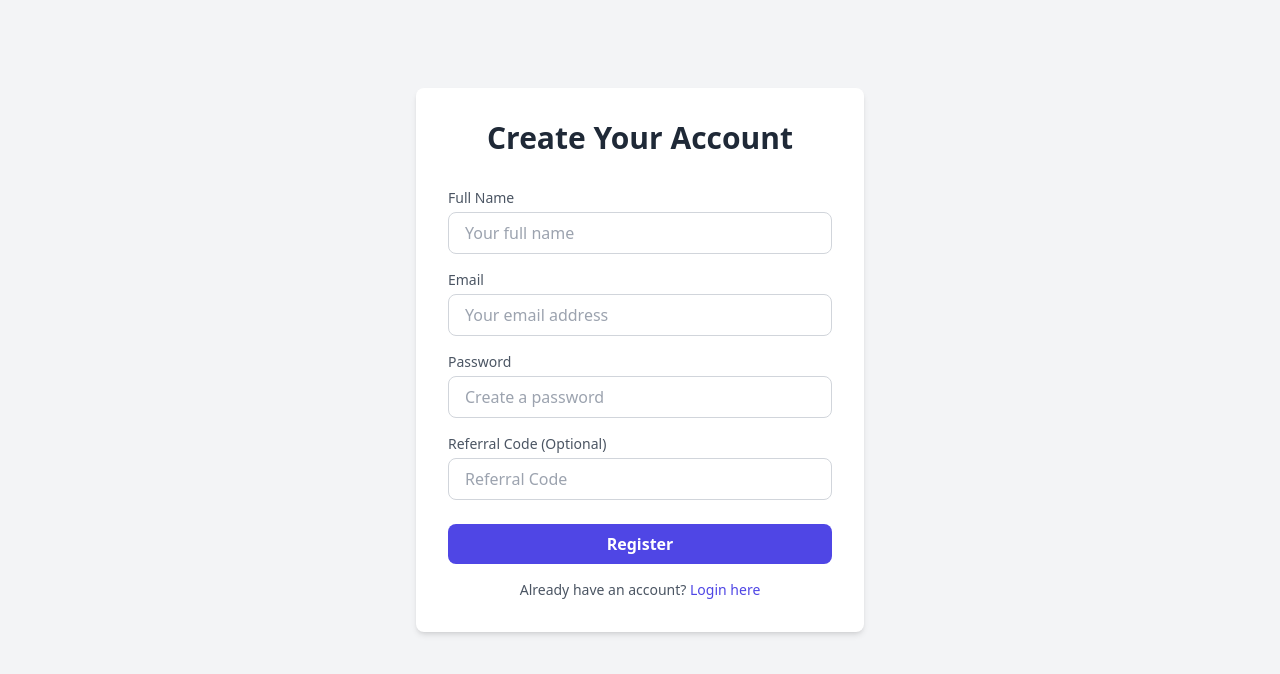
Repository: Lista-KM/church-platform
Page: http://localhost/register.php
The author's editor kept a copy of each file at every save. The page is drawn from the files as they stood at one save, then again after the next save.
The browser window is 1280 px wide. The pictures show the whole page.
Some web libraries are served in a nearby version. The page is run by PHP 8.4 with error messages shown; the project is at /var/www/html/.

Above is the page before, as saved 2025-04-18 05:02:30.

After the next save:
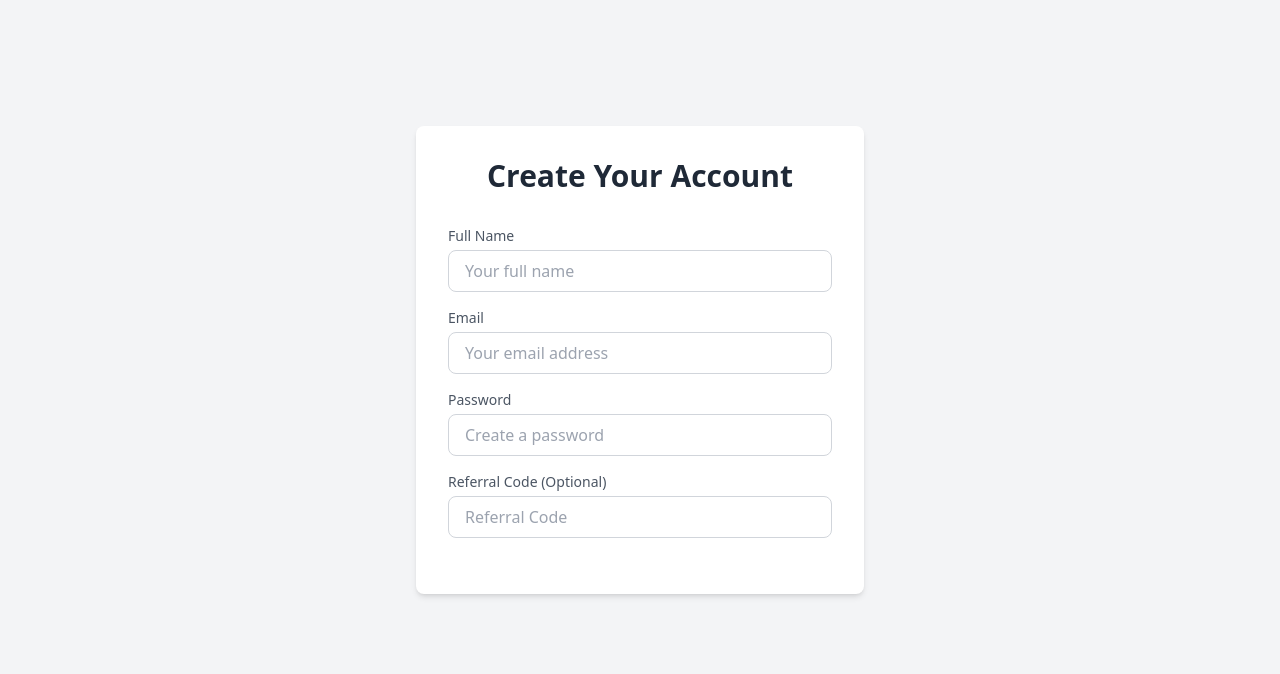
Saved 30 s later.
--- a/register.php
+++ b/register.php
@@ -19,15 +19,38 @@ if ($_SERVER['REQUEST_METHOD'] === 'POST') {
         $referralId = $refCheck->fetchColumn(); // Will be null if not found
     }
 
-    // Register new user
-    $stmt = $pdo->prepare("INSERT INTO users (name, email, password, referred_by) VALUES (?, ?, ?, ?)");
-    $stmt->execute([$name, $email, $password, $referralId]);
+    // Check if user already exists with this email (might have contributed before)
+    $checkUser = $pdo->prepare("SELECT id FROM users WHERE email = ?");
+    $checkUser->execute([$email]);
+    $existingUser = $checkUser->fetch();
 
-    // Generate referral code for this new user
-    $lastInsertId = $pdo->lastInsertId();
-    $generatedCode = strtoupper(substr(md5($name . $email . $lastInsertId), 0, 8));
-    $update = $pdo->prepare("UPDATE users SET referral_code = ? WHERE id = ?");
-    $update->execute([$generatedCode, $lastInsertId]);
+    if ($existingUser) {
+        // Update existing user with password to "activate" the account
+        $stmt = $pdo->prepare("UPDATE users SET password = ?, referred_by = COALESCE(referred_by, ?) WHERE id = ?");
+        $stmt->execute([$password, $referralId, $existingUser['id']]);
+        $lastInsertId = $existingUser['id'];
+
+        // Make sure they have a referral code
+        $checkCode = $pdo->prepare("SELECT referral_code FROM users WHERE id = ?");
+        $checkCode->execute([$lastInsertId]);
+        $hasCode = $checkCode->fetchColumn();
+
+        if (!$hasCode) {
+            $generatedCode = strtoupper(substr(md5($name . $email . $lastInsertId), 0, 8));
+            $update = $pdo->prepare("UPDATE users SET referral_code = ? WHERE id = ?");
+            $update->execute([$generatedCode, $lastInsertId]);
+        }
+    } else {
+        // Register new user
+        $stmt = $pdo->prepare("INSERT INTO users (name, email, password, referred_by) VALUES (?, ?, ?, ?)");
+        $stmt->execute([$name, $email, $password, $referralId]);
+
+        // Generate referral code for this new user
+        $lastInsertId = $pdo->lastInsertId();
+        $generatedCode = strtoupper(substr(md5($name . $email . $lastInsertId), 0, 8));
+        $update = $pdo->prepare("UPDATE users SET referral_code = ? WHERE id = ?");
+        $update->execute([$generatedCode, $lastInsertId]);
+    }
 
     header("Location: login.php?registered=true");
     exit();
@@ -72,21 +95,7 @@ if ($_SERVER['REQUEST_METHOD'] === 'POST') {
                 <input type="text" name="referral" id="referral" placeholder="Referral Code"
                     class="mt-1 block w-full px-4 py-2 border border-gray-300 rounded-lg focus:outline-none focus:ring-2 focus:ring-indigo-500 focus:border-indigo-500"
                     value="<?php echo htmlspecialchars($referralCode ?? ''); ?>">
-                <!-- Optional: Add 'readonly' if you don't want users to change it -->
-                <!-- readonly -->
             </div>
 
             <button type="submit"
-                class="w-full py-2 px-4 bg-indigo-600 text-white font-semibold rounded-lg hover:bg-indigo-700 focus:outline-none focus:ring-2 focus:ring-indigo-500 focus:ring-opacity-50">
-                Register
-            </button>
-
-            <p class="mt-4 text-center text-sm text-gray-600">
-                Already have an account? <a href="login.php" class="text-indigo-600 hover:text-indigo-700">Login
-                    here</a>
-            </p>
-        </form>
-    </div>
-</body>
-
-</html>
+                class="w-full py-2 px-4 bg-indigo-600 text-white font-semibold rounded-lg hover:bg-indigo-700 focus:outline-none focus:ring-2 focus:ring-indigo-500
